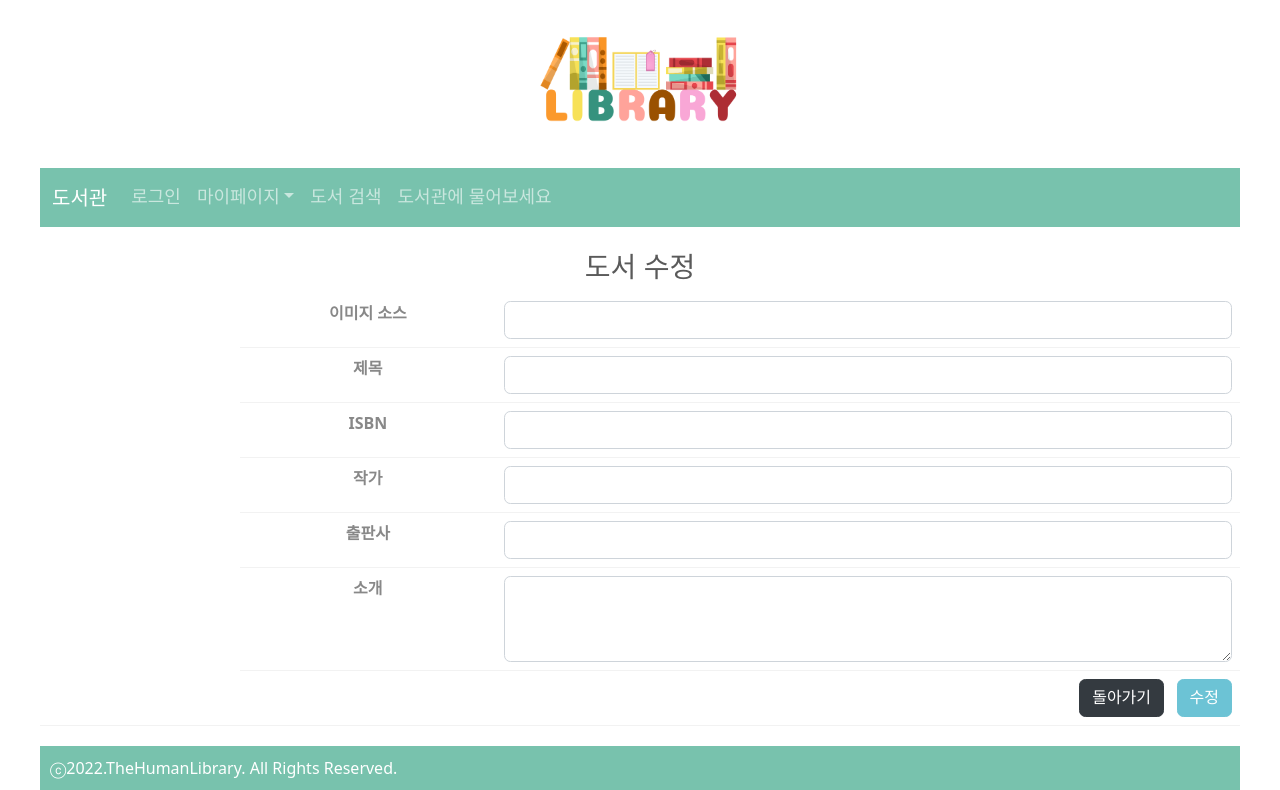
Repository: ahnbin00/Library
Page: http://localhost/BookRental/WEB-INF/book/manageBook.jsp
An editor plug-in stored every save of this project. The page is shown before and after the next save, followed by the edit.
The browser window is 1280 px wide. The pictures show the whole page.
Some web fonts or font styles are not loaded; a fallback is used. Some web libraries are served in a nearby version. The page is served by Tomcat 9. Nobody is signed in. Other server files are loaded and not shown. The template is opened directly, without the code that normally fills it, so the values that code supplies are empty.

Above is the page before, as saved 2022-12-22 07:36:34.

### BookRental/src/main/webapp/WEB-INF/book/manageBook.jsp
<%@ page language="java" contentType="text/html; charset=UTF-8"
    pageEncoding="UTF-8"%>
<!DOCTYPE html>
<html>
<head>
<meta charset="UTF-8">
<link rel="stylesheet"
   href="resources/bootstrap.css">
   <link rel="stylesheet" href="https://cdn.jsdelivr.net/npm/bootstrap-icons@1.7.1/font/bootstrap-icons.css">
<title>도서 상세페이지</title>
<style type="text/css">
@import url('https://fonts.googleapis.com/css2?family=Jua&display=swap');
</style>
</head>
<body style="width:1200px; text-align:center; margin: 0 auto;" >
	   <header>
      <h1 style="text-align: center; padding-top: 30px; padding-bottom: 30px;"><img alt="로고" src="resources/logo.png" width="200px" height="100px"></h1>
   </header>
   <nav>
   <%@ include file="/WEB-INF/book/banner.jsp" %>
   </nav>
   <br>
	<h3>도서 수정</h3>
	<form action="updateBook.do">
	<input type="hidden" name="seq" value="${book.seq }">
	<table class="table" style="width:1200px;">
		<tr>
			<td rowspan="7" width="200px"><img src="${book.image }" height="320px"></td>
			<th scope="row">이미지 소스</th>
			<td><input type="text" class="form-control" value="${book.image }" name="image"></td>
		</tr>
		<tr>
	      	<th scope="row">제목</th>
	      	<td><input type="text" class="form-control" value="${book.title }" name="title"></td>
    	</tr>
    	<tr>
	      	<th scope="row">ISBN</th>
	      	<td><input type="text" class="form-control" value="${book.isbn }" name="isbn"></td>
    	</tr>
    	<tr>
    		<th scope="row">작가</th>
	      	<td><input type="text" class="form-control" value="${book.writer }" name="writer"></td>
    	</tr>
    	<tr>
    		<th scope="row">출판사</th>
	      	<td><input type="text" class="form-control" value="${book.publisher }" name="publisher"></td>
    	</tr>
    	<tr>
    		<th scope="row">소개</th>
	      	<td><textarea class="form-control" id="exampleTextarea" rows="3" name="content">${book.content}</textarea></td>
    	</tr>
    	<tr>
    		<th></th>
    		<td align="right">
    			<button type="button" class="btn btn-dark" onclick="location.href='getBookListManage.do'">돌아가기</button>&nbsp;&nbsp;
    			<input type="submit" class="btn btn-info" value="수정">
    		</td>
    	</tr>
	</table>
	</form>
	</div>

	<%@ include file="/WEB-INF/book/footer.jsp" %>
</body>
</html>

### BookRental/src/main/webapp/WEB-INF/book/banner.jsp
<%@ page language="java" contentType="text/html; charset=UTF-8"
   pageEncoding="UTF-8"%>
<%@ taglib prefix="c" uri="http://java.sun.com/jsp/jstl/core" %>
<!DOCTYPE html>
<html>
<head>
<meta charset="UTF-8">
<link rel="stylesheet"
   href="../resources/bootstrap.css">
   <script src="https://cdn.jsdelivr.net/npm/bootstrap@5.2.2/dist/js/bootstrap.bundle.min.js" integrity="sha384-OERcA2EqjJCMA+/3y+gxIOqMEjwtxJY7qPCqsdltbNJuaOe923+mo//f6V8Qbsw3" crossorigin="anonymous"></script>
<title>상단 메인 배너</title>
<style type="text/css">
@import url('https://fonts.googleapis.com/css2?family=Jua&display=swap');
body ul, a{
font-family: 'Jua', sans-serif;
}
</style>
</head>
<body style="width:1200px;">
<nav class="navbar navbar-expand-lg navbar-dark bg-primary">
  <div class="container-fluid">
    <a class="navbar-brand" href="index.do">도서관</a>
    <button class="navbar-toggler" type="button" data-bs-toggle="collapse" data-bs-target="#navbarColor01" aria-controls="navbarColor01" aria-expanded="false" aria-label="Toggle navigation">
      <span class="navbar-toggler-icon"></span>
    </button>
    <div class="collapse navbar-collapse" id="navbarColor01">
      <ul class="navbar-nav me-auto">
        <li class="nav-item">
        <c:choose>
         <c:when test="${empty id }">
            <a class="nav-link" href="login.do" style="font-size:18px">로그인
            <span class="visually-hidden">(current)</span>
             </a>
         </c:when>
         <c:otherwise>
             <a class="nav-link" href="logout.do" style="font-size:18px">로그아웃
             <span class="visually-hidden">(current)</span>
             </a>
         </c:otherwise>
         </c:choose>
         <c:if test="${id eq 'admin' }">
        	<li class="nav-item">
			<a class="nav-link" href="getMemberList.do">회원 관리</a>
			</li>
			<li class="nav-item">
			<a class="nav-link" href="getBookListManage.do">도서 관리</a>
			</li>
			<li class="nav-item">
			<a class="nav-link" href="getRentalList.do">대여 현황</a>
			</li>
			<li class="nav-item">
			<a class="nav-link" href="getQnaListManage.do">도서관에 물어보세요</a>
			</li>
         </c:if>
        </li>
        <c:if test="${id ne 'admin' }">
        <li class="nav-item dropdown">
          <a class="nav-link dropdown-toggle" data-bs-toggle="dropdown" role="button" aria-haspopup="true" aria-expanded="false" style="font-size:18px">마이페이지</a>
          <div class="dropdown-menu">
             <c:choose>
             <c:when test="${empty id }">
             <a class="dropdown-item" href="login.do" style="font-size:18px">회원정보수정</a>
            <a class="dropdown-item" href="login.do" style="font-size:18px">회원대출정보</a>
             </c:when>
             <c:otherwise>
             <a class="dropdown-item" href="getMember.do?id=${id}" style="font-size:18px">회원정보수정</a>
            <a class="dropdown-item" href="memberRental.do?id=${id}" style="font-size:18px">회원대출정보</a>
             </c:otherwise>
             </c:choose>
          </div>
        </li>
        <li class="nav-item">
          <a class="nav-link" href="getBookList.do" style="font-size:18px">도서 검색</a>
        </li>
        <li class="nav-item">
          <a class="nav-link" href="getQnaList.do" style="font-size:18px">도서관에 물어보세요</a>
        </li>
      </ul>
      </c:if>
<!--       <form class="d-flex"> -->
<!--         <input class="form-control me-sm-2" type="text" placeholder="Search"> -->
<!--         <button class="btn btn-secondary my-2 my-sm-0" type="submit">Search</button> -->
<!--       </form> -->
    </div>
  </div>
</nav>

</body>
</html>

### BookRental/src/main/webapp/WEB-INF/book/footer.jsp
<%@ page language="java" contentType="text/html; charset=UTF-8"
    pageEncoding="UTF-8"%>
<!DOCTYPE html>
<html>
<head>
<meta charset="UTF-8">
<title>Insert title here</title>
<style type="text/css">
footer{
margin-top: 20px;
padding: 10px;
width: 1200px;
background-color: #78c2ad;
text-align: left;
color: white;
}
</style>
</head>
<body>

   <footer>
		ⓒ2022.TheHumanLibrary. All Rights Reserved.
   </footer>

</body>
</html>

Loaded but not shown: BookRental/src/main/webapp/resources/bootstrap.css (library)

After the next save:
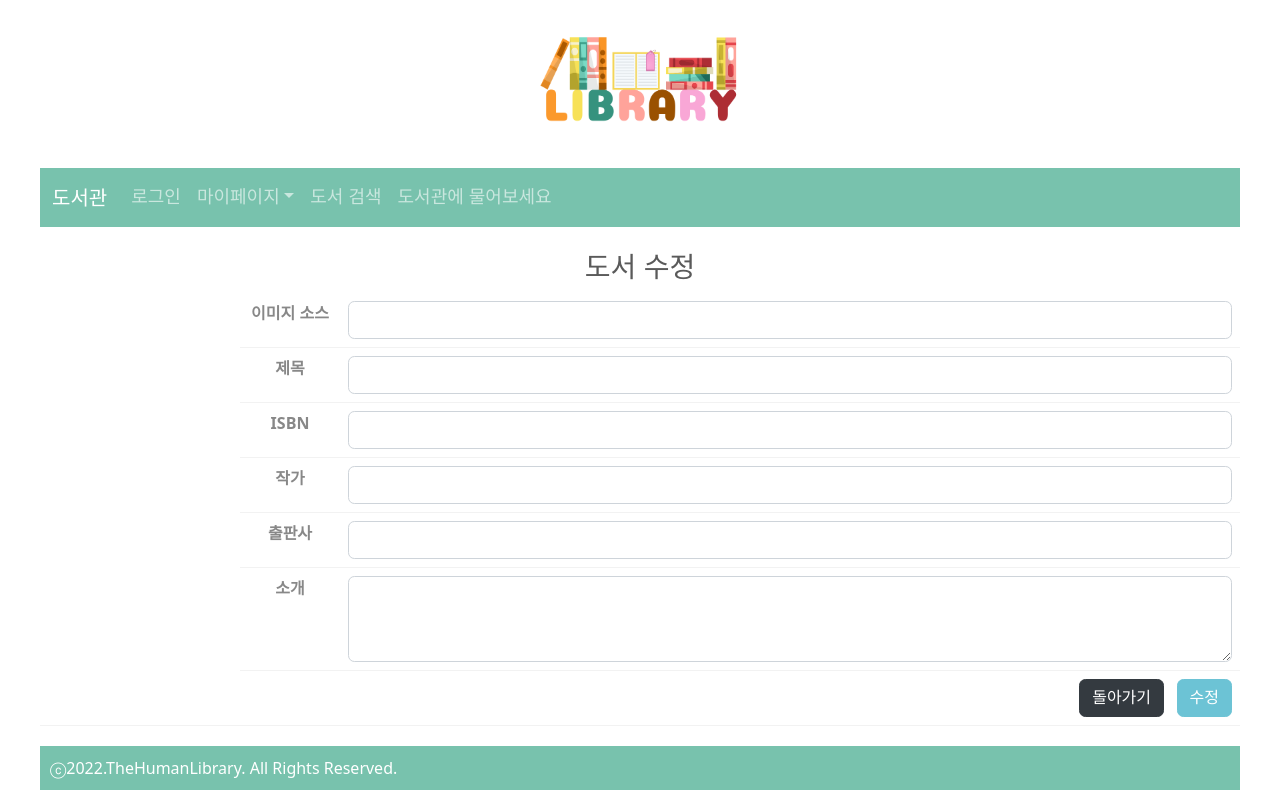
Saved 56 s later.
--- a/BookRental/src/main/webapp/WEB-INF/book/manageBook.jsp
+++ b/BookRental/src/main/webapp/WEB-INF/book/manageBook.jsp
@@ -10,6 +10,9 @@
 <title>도서 상세페이지</title>
 <style type="text/css">
 @import url('https://fonts.googleapis.com/css2?family=Jua&display=swap');
+th{
+width: 100px
+}
 </style>
 </head>
 <body style="width:1200px; text-align:center; margin: 0 auto;" >
